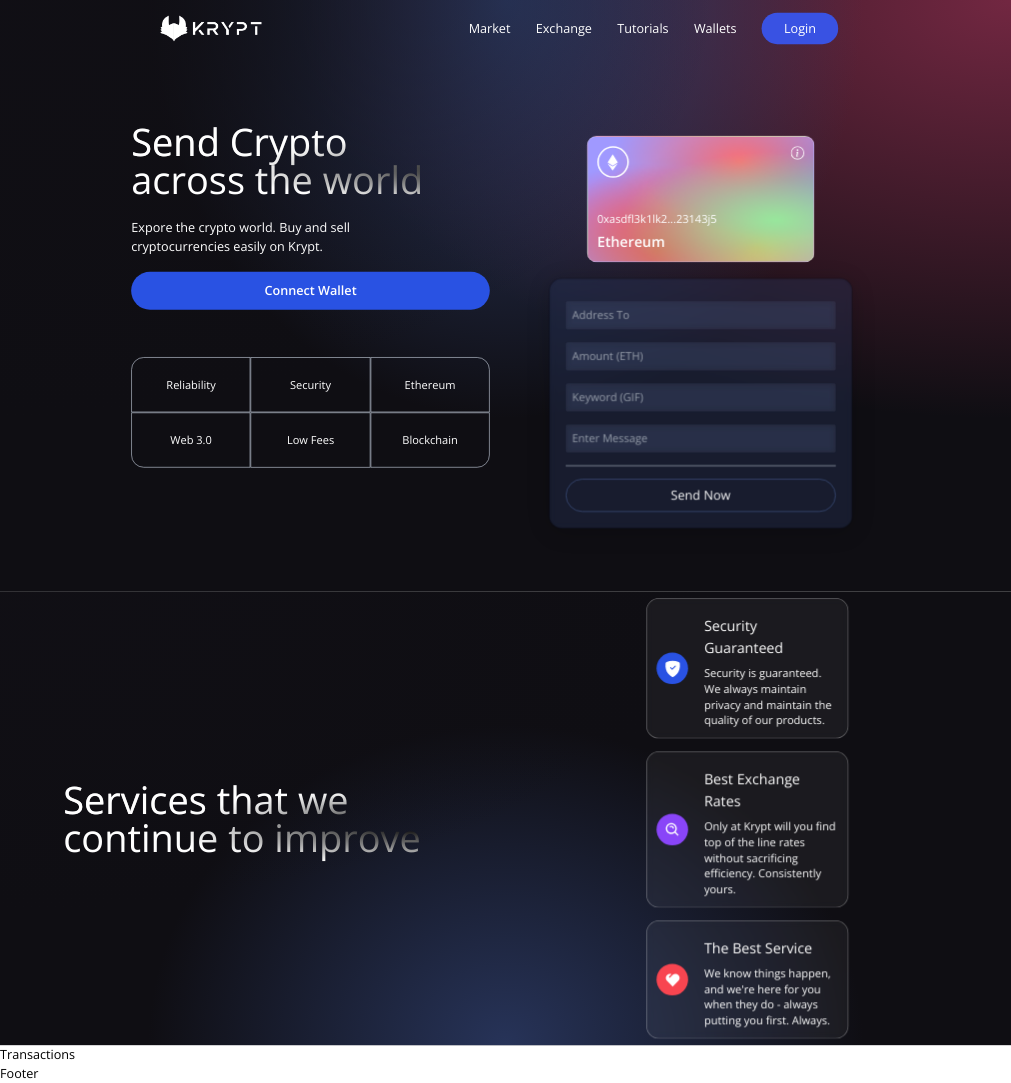
Repository: stephan-chiorean/krypt
Page: / (app in client/)
An editor plug-in stored every save of this project. The page is shown before and after the next save, followed by the edit.
The browser window is 1280 px wide. The pictures show the whole page, at 79% of full size.
The project was rebuilt for these pictures with package versions that can differ from the ones it lists, and the page was loaded fresh each time. Also part of the build but not shown: client/vite.config.js, client/src/components/Loader.jsx.

Above is the page before, as saved 2023-03-29 19:31:11.

### client/src/main.jsx
import React from 'react'
import ReactDOM from 'react-dom/client'
import App from './App'
import {TransactionProvider} from './context/TransactionContext';
import './index.css'

ReactDOM.createRoot(document.getElementById('root')).render(
  <TransactionProvider>
  <React.StrictMode>
    <App />
  </React.StrictMode>
  </TransactionProvider>,
)

### client/src/App.jsx
import {Navbar, Welcome, Footer, Services, Transactions} from './components';

const App = () => {

  return (
    <div className="min-h-screen">
      <div className="gradient-bg-welcome">
        <Navbar/>
        <Welcome/>
      </div>
      <Services/>
      <Transactions/>
      <Footer/>
    </div>
  )
}

export default App

### client/src/context/TransactionContext.jsx
import React, { useState, useEffect } from 'react';
import * as ethers from 'ethers';
import { contractABI, contractAddress } from '../utils/constants';

export const TransactionContext = React.createContext();

const { ethereum } = window;

const getEthereumContract = () => {
    console.log(ethers)
  const provider = new ethers.providers.Web3Provider(ethereum);
  const signer = provider.getSigner();
  const transactionContract = new ethers.Contract(
    contractAddress,
    contractABI,
    signer
  );

  return transactionContract;

//   console.log({
//     provider,
//     signer,
//     transactionContract,
//   });
};

export const TransactionProvider = ({ children }) => {
  const [connectedAccount, setConnectedAccount] = useState('');
  const [formData, setFormData] = useState({ addressTo: '', amount: 0, keyword: '', message: ''});
  const [isLoading, setIsLoading] = useState(false);
  const [transactionCount, setTransactionCount] = useState(localStorage.getItem('transactionCount'));

  const handleChange = (e, name) => {
    setFormData((prevState) => ({...prevState, [name]: e.target.value}));
  }

  const checkIfWalletIsConnected = async () => {
    try {
      if (!ethereum) return alert('Please install metamask');

      const accounts = await ethereum.request({ method: 'eth_accounts' });
      if (accounts.length) {
        setConnectedAccount(accounts[0]);
      } else {
        console.log('No accounts found');
      }
      console.log(accounts);
    } catch (err) {
      console.error(err);
      throw new Error('No ethereum object');
    }
  };

  const connectWallet = async () => {
    try {
      if (!ethereum) return alert('Please install metamask');

      const accounts = await ethereum.request({
        method: 'eth_requestAccounts',
      });

      setConnectedAccount(accounts[0]);
      console.log('CONNECTED', connectedAccount);
    } catch (err) {
      console.error(err);
      throw new Error('No ethereum object.');
    }
  };

  const sendTransaction = async() => {
    try {
        if(!ethereum) return alert("Please install metamask");
        const {addressTo, amount, keyword, message} = formData;
        const transactionContract = getEthereumContract();
        const parsedAmount = ethers.utils.parseEther(amount);

        await ethereum.request({
            method: 'eth_sendTransaction',
            params: [{
                from: connectedAccount,
                to: addressTo,
                gas: '0x5208', //21000 gwei
                value: parsedAmount._hex,
            }]
        })

        const transactionHash = await transactionContract.addToBlockchain(addressTo, parsedAmount, message, keyword);
        setIsLoading(true);
        console.log(`Loading - ${transactionHash.hash}`);
        await transactionHash.wait();
        setIsLoading(false);
        console.log(`Success - ${transactionHash.hash}`)

        const transactionCount = await transactionContract.getTransactionCount();
        setTransactionCount(transactionCount.toNumber())


    } catch(err) {
        console.error(err);
    }
  }

  useEffect(() => {
    checkIfWalletIsConnected();
  }, []);
  return (
    <TransactionContext.Provider value={{ connectWallet, connectedAccount, formData, setFormData, handleChange, sendTransaction }}>
      {children}
    </TransactionContext.Provider>
  );
};

### client/src/components/index.js
export {default as Loader} from './Loader';
export {default as Navbar} from './Navbar';
export {default as Footer} from './Footer';
export {default as Welcome} from './Welcome';
export {default as Transactions} from './Transactions';
export {default as Services} from './Services';

### client/src/utils/constants.js
import abi from './Transactions.json';

export const contractABI = abi.abi;
export const contractAddress = '0x48d319b761e733246BF575C86d399bB8EDdA6dEf';

### client/src/components/Navbar.jsx
import { HiMenuAlt4 } from 'react-icons/hi';
import { AiOutlineClose } from 'react-icons/ai';
import { useState } from 'react';

import logo from '../../images/logo.png';

const NavbarItem = ({ title, classProps }) => {
  return <li className={`mx-4 cursor-pointer ${classProps}`}>{title}</li>;
};
export default () => {
  const [toggleMenu, setToggleMenu] = useState(false);
  return (
    <nav className='w-full flex md:justify-center justify-between items-center p-4'>
      <div className='md:flex-[0.5] flex-initial justify-center items-center'>
        <img src={logo} alt='logo' className='w-32 cursor-pointer' />
      </div>
      <ul className='text-white md:flex hidden list-none flex-row justify-between items-center flex-initial'>
        {['Market', 'Exchange', 'Tutorials', 'Wallets'].map((item, index) => (
          <NavbarItem key={item + index} title={item} />
        ))}
        <li className='bg-[#3952e3] py-2 px-7 mx-4 rounded-full cursor-pointer hover:bg-[#2546bd]'>
          Login
        </li>
      </ul>
      <div className='flex relative'>
        {toggleMenu ? (
          <AiOutlineClose
            fontSize={28}
            className='text-white md:hidden cursor-pointer'
            onClick={() => setToggleMenu(false)}
          />
        ) : (
          <HiMenuAlt4
            fontSize={28}
            className='text-white md:hidden cursor-pointer'
            onClick={() => setToggleMenu(true)}
          />
        )}
        {toggleMenu && (
          <ul className="z-10 fixed top-0 -right-2 p-3 w-[70vw] h-screen shadow-2xl md:hidden list-none flex flex-col justify-start items-end rounded-md blue-glassmorphism text-white animate-slide-in">
            <li className='text-xl w-full my-2'>
              <AiOutlineClose onClick={() => setToggleMenu(false)} className="cursor-pointer"/>
            </li>
            {['Market', 'Exchange', 'Tutorials', 'Wallets'].map(
              (item, index) => (
                <NavbarItem key={item + index} title={item} classProps="my-2 text-lg"/>
              )
            )}
          </ul>
        )}
      </div>
    </nav>
  );
};

### client/src/components/Footer.jsx
import React from 'react'

export default() => {
  return (
    <div>Footer</div>
  )
}

### client/src/components/Welcome.jsx
import { AiFillPlayCircle } from 'react-icons/ai';
import { SiEthereum } from 'react-icons/si';
import { BsInfoCircle } from 'react-icons/bs';
import { TransactionContext } from '../context/TransactionContext';
import React, { useContext } from 'react';
import { Loader } from './';
const commonStyles =
  'min-h-[70px] sm:px-0 px-2 sm:min-w-[120px] flex justify-center items-center border-[0.5px] border-gray-400 text-sm font-light text-white';

const Input = ({ placeholder, name, type, value, handleChange }) => (
  <input
    placeholder={placeholder}
    type={type}
    step='0.0001'
    value={value}
    onChange={(e) => handleChange(e, name)}
    className='my-2 w-full rounded-sm p-2 outline-none text-white border-none text-sm white-glassmorphism'
  />
);
export default () => {
  const {
    connectWallet,
    connectedAccount,
    formData,
    sendTransaction,
    handleChange,
  } = useContext(TransactionContext);
  const handleSubmit = (e) => {
    const { addressTo, amount, keyword, message } = formData;
    e.preventDefault();

    if (!addressTo || !amount || !keyword || !message) return;
    sendTransaction();
  };
  return (
    <div className='flex w-full justify-center items-center'>
      <div className='flex md:flex-row flex-col itesm-start justify-between md:p-20 py-12 px-4'>
        <div className='flex flex-1 justify-start flex-col md:mr-10'>
          <h1 className='text-3xl sm:text-5xl text-white text-gradient py-1'>
            Send Crypto <br /> across the world
          </h1>
          <p className='text-left mt-5 text-white font-light md:w-9/12 w-11/12 text-base'>
            Expore the crypto world. Buy and sell cryptocurrencies easily on
            Krypt.
          </p>
          {!connectedAccount && (
            <button
              type='button'
              onClick={connectWallet}
              className='flex flex-row justify-center items-center my-5 bg-[#2952e3] p-3 rounded-full cursor-pointer hover:bg-[#2546bd]'
            >
              <p className='text-white text-base font-semibold'>
                Connect Wallet
              </p>
            </button>
          )}

          <div className='grid sm:grid-cols-3 grid-cols-2 w-full mt-10'>
            <div className={`rounded-tl-2xl ${commonStyles}`}>Reliability</div>
            <div className={commonStyles}>Security</div>
            <div className={`sm:rounded-tr-2xl ${commonStyles}`}>Ethereum</div>
            <div className={`sm:rounded-bl-2xl ${commonStyles}`}>Web 3.0</div>
            <div className={commonStyles}>Low Fees</div>
            <div className={`rounded-br-2xl ${commonStyles}`}>Blockchain</div>
          </div>
        </div>

        <div className='flex flex-col flex-1 items-center justify-start w-full md:mt-0 mt-10'>
          <div className='p-3 justify-end items-start flex-col rounded-xl h-40 sm:w-72 w-full my-5 eth-card white-glassmorphism'>
            <div className='flex justify-between flex-col w-full h-full'>
              <div className='flex justify-between items-start'>
                <div className='w-10 h-10 rounded-full border-2 border-white flex justify-center items-center'>
                  <SiEthereum fontSize={21} color='#fff' />
                </div>
                <BsInfoCircle fontSize={17} color='#fff' />
              </div>
              <div>
                <p className='text-white font-light text-sm'>
                  0xasdfl3k1lk2...23143j5
                </p>
                <p className='text-white font-semibold text-lg mt-1'>
                  Ethereum
                </p>
              </div>
            </div>
          </div>

          <div className='p-5 sm:w-96 w-full flex flex-col justify-start items-center blue-glassmorphism'>
            <Input
              placeholder='Address To'
              name='addressTo'
              type='text'
              handleChange={handleChange}
            />
            <Input
              placeholder='Amount (ETH)'
              name='amount'
              type='number'
              handleChange={handleChange}
            />
            <Input
              placeholder='Keyword (GIF)'
              name='keyword'
              type='text'
              handleChange={handleChange}
            />
            <Input
              placeholder='Enter Message'
              name='message'
              type='text'
              handleChange={handleChange}
            />
            <div className='h-[1px] w-full bg-gray-400 my-2' />
            {false ? (
              <Loader />
            ) : (
              <button
                type='submit'
                onClick={handleSubmit}
                className='text-white w-full mt-2 border-[1px] p-2 border-[#3d4f7c] rounded-full cursor-pointer'
              >
                Send Now
              </button>
            )}
          </div>
        </div>
      </div>
    </div>
  );
};

### client/src/components/Transactions.jsx
import React from 'react'

export default() => {
  return (
    <div>Transactions</div>
  )
}

### client/src/components/Services.jsx
import React from 'react';
import { BsShieldFillCheck } from 'react-icons/bs';
import { BiSearchAlt } from 'react-icons/bi';
import { RiHeart2Fill } from 'react-icons/ri';

const ServiceCard = ({color, title, icon, subtitle}) => (
  <div className='flex flex-row md:w-64 justify-start items-center white-glassmorphism p-3 m-2 cursor-pointer hover:shadow-xl'>
    <div className={`w-10 h-10 rounded-full flex justify-center items-center ${color}`}>
      {icon}
    </div>
    <div className="ml-5 flex flex-col flex-1">
      <h1 className="mt-2 text-white text-lg">{title}</h1>
      <p className="mt-2 text-white text-sm">{subtitle}</p>
    </div>
  </div>
);
export default () => {
  return (
    <div className='flex w-full justify-center items-center gradient-bg-services'>
      <div className='flex md:flex-row flex-col items-center justify-between md:p-20 py-12 px-4'>
        <div className='flex-1 flex flex-col justify-start items-start'>
          <h1 className='text-white text-3xl sm:text-5xl py-2 text-gradient'>
            Services that we
            <br />
            continue to improve
          </h1>
        </div>
      </div>
      <div className='flex-1 flex flex-col justify-start items-center'>
        <ServiceCard
          color='bg-[#2952e3]'
          title='Security Guaranteed'
          icon={<BsShieldFillCheck fontSize={21} className='text-white' />}
          subtitle="Security is guaranteed. We always maintain privacy and maintain the quality of our products."
        />
        <ServiceCard
          color='bg-[#8945f8]'
          title='Best Exchange Rates'
          icon={<BiSearchAlt fontSize={21} className='text-white' />}
          subtitle="Only at Krypt will you find top of the line rates without sacrificing efficiency. Consistently yours."
        />
        <ServiceCard
          color='bg-[#f84550]'
          title='The Best Service'
          icon={<RiHeart2Fill fontSize={21} className='text-white' />}
          subtitle="We know things happen, and we're here for you when they do - always putting you first. Always."
        />
      </div>
    </div>
  );
};

Loaded but not shown: client/index.html (common file); client/src/index.css (common file); client/tailwind.config.js (common file); client/src/utils/Transactions.json (140 lines, source omitted)

After the next save:
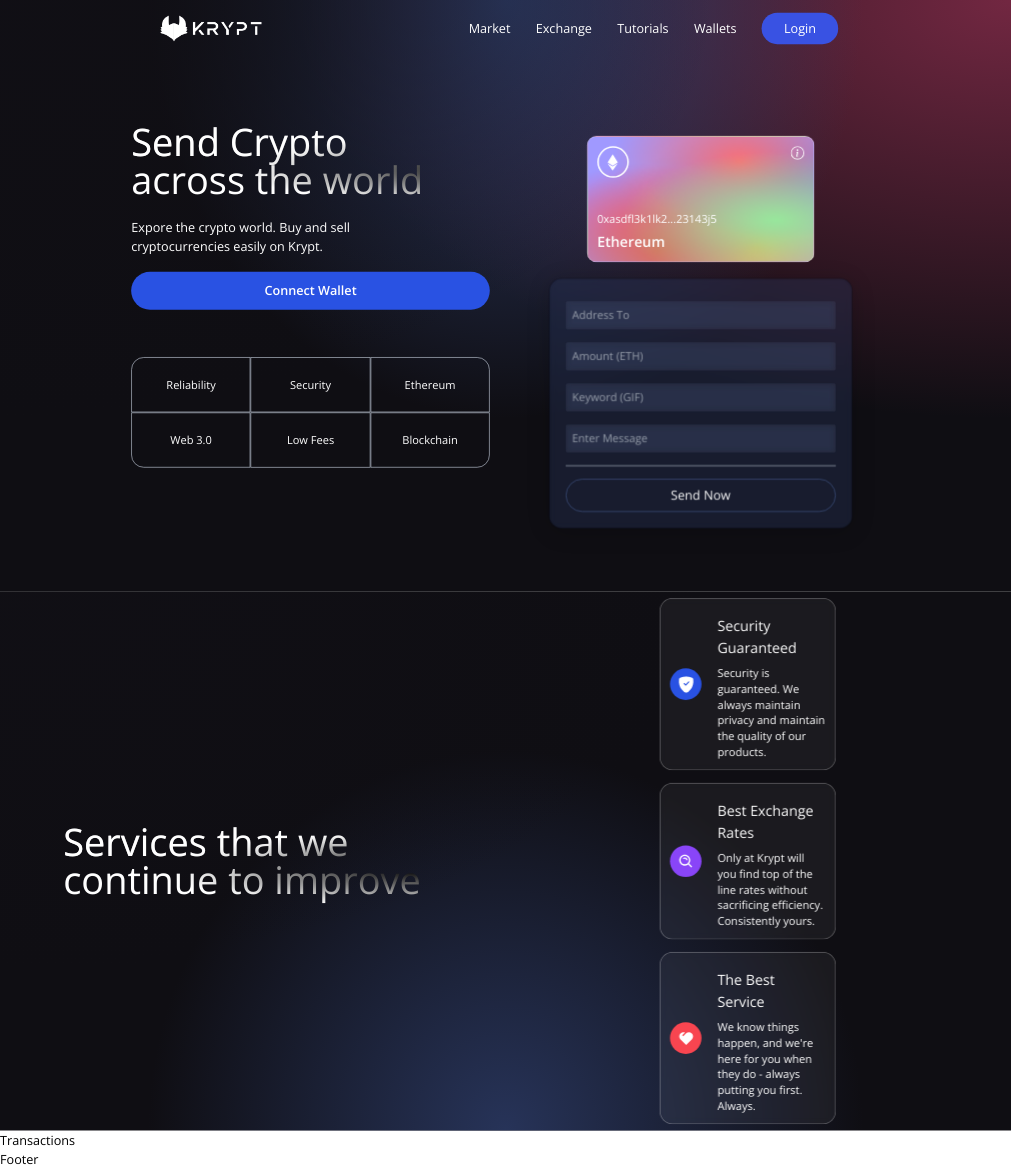
Saved 37 s later.
--- a/client/src/components/Services.jsx
+++ b/client/src/components/Services.jsx
@@ -4,7 +4,7 @@ import { BiSearchAlt } from 'react-icons/bi';
 import { RiHeart2Fill } from 'react-icons/ri';
 
 const ServiceCard = ({color, title, icon, subtitle}) => (
-  <div className='flex flex-row md:w-64 justify-start items-center white-glassmorphism p-3 m-2 cursor-pointer hover:shadow-xl'>
+  <div className='flex flex-row md:w-1/3 justify-start items-center white-glassmorphism p-3 m-2 cursor-pointer hover:shadow-xl'>
     <div className={`w-10 h-10 rounded-full flex justify-center items-center ${color}`}>
       {icon}
     </div>
